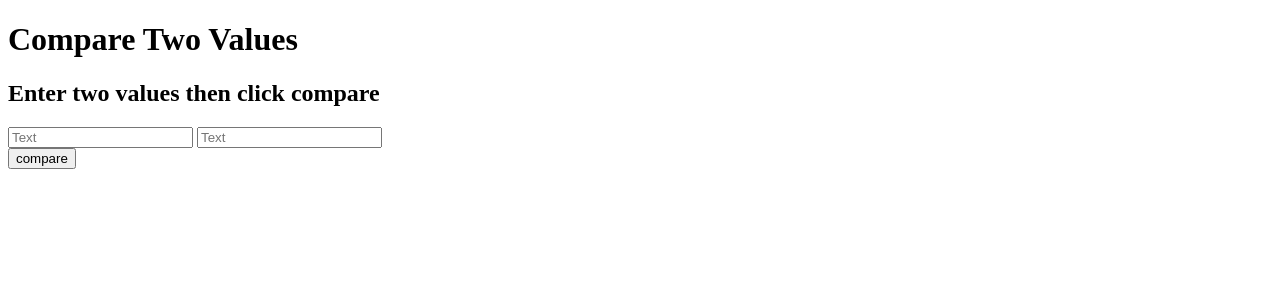
Repository: thecptwaffles/compareWebApp
Page: index.html
An editor plug-in stored every save of this project. The page is shown before and after the next save, followed by the edit.
The browser window is 1280 px wide. The pictures show the whole page.

Above is the page before, as saved 2022-10-04 20:10:56.

### index.html
<!DOCTYPE html>
<html lang="en">
<head>
  <meta charset="UTF-8">
  <meta name="viewport" content="width=device-width, initial-scale=1.0">
  <meta http-equiv="X-UA-Compatible" content="ie=edge">
  <title>Compare</title>
</head>
<body>

    <h1>Compare Two Values</h1>

    <h2>Enter two values then click compare</h2>

    <div class="inputs">

      <input id="userInput" type="text" placeholder="Text">

      <input id="userInputCompare" type="text" placeholder="Text">

    </div>

    <button onclick="returnText()">compare</button>

    <h2 id="cool"></h2>
  <script src="script.js"></script>
</body>
</html>

### script.js
var output = document.getElementById("cool")

function returnText() {
    let start = document.getElementById("userInput").value;
    let end = document.getElementById("userInputCompare").value;

    if (start == end) {
        output.innerHTML = "Same"
        output.style.color = "#69b00b";
    } else {
        output.innerHTML = "Not The Same!"
        output.style.color = "#b00b"
    }
}

### style.css
@import url('https://fonts.googleapis.com/css2?family=Montserrat:wght@200&family=Raleway:wght@200&display=swap');

:root {
    --prim-font: 'Montserrat', sans-serif;
    --sec-font: 'Raleway', sans-serif;
    --primClr: #1d6862;
    --secClr: #00a972;
    --thrdClr: #715f58;
}

h1 {
    font-size: large;
    text-align: center;
}

After the next save:
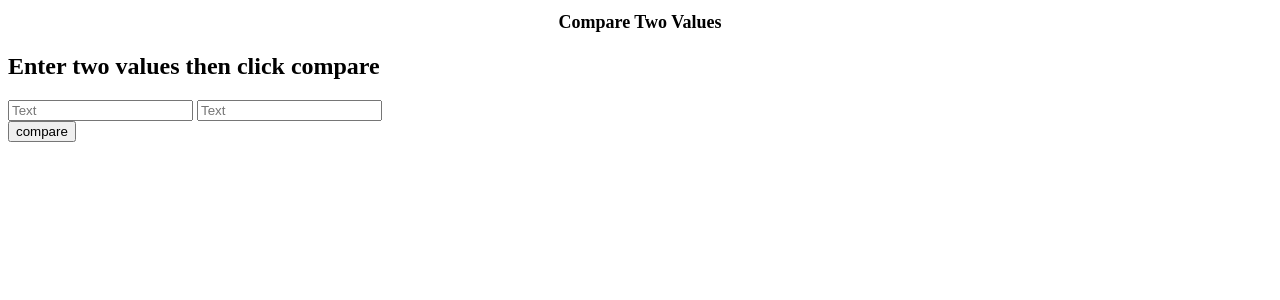
Saved 33 s later.
--- a/index.html
+++ b/index.html
@@ -1,28 +1,32 @@
 <!DOCTYPE html>
 <html lang="en">
+
 <head>
   <meta charset="UTF-8">
   <meta name="viewport" content="width=device-width, initial-scale=1.0">
   <meta http-equiv="X-UA-Compatible" content="ie=edge">
+  <link rel="stylesheet" href="style.css">
   <title>Compare</title>
 </head>
+
 <body>
 
-    <h1>Compare Two Values</h1>
+  <h1>Compare Two Values</h1>
 
-    <h2>Enter two values then click compare</h2>
+  <h2>Enter two values then click compare</h2>
 
-    <div class="inputs">
+  <div class="inputs">
 
-      <input id="userInput" type="text" placeholder="Text">
+    <input id="userInput" type="text" placeholder="Text">
 
-      <input id="userInputCompare" type="text" placeholder="Text">
+    <input id="userInputCompare" type="text" placeholder="Text">
 
-    </div>
+  </div>
 
-    <button onclick="returnText()">compare</button>
+  <button onclick="returnText()">compare</button>
 
-    <h2 id="cool"></h2>
+  <h2 id="cool"></h2>
   <script src="script.js"></script>
 </body>
+
 </html>
